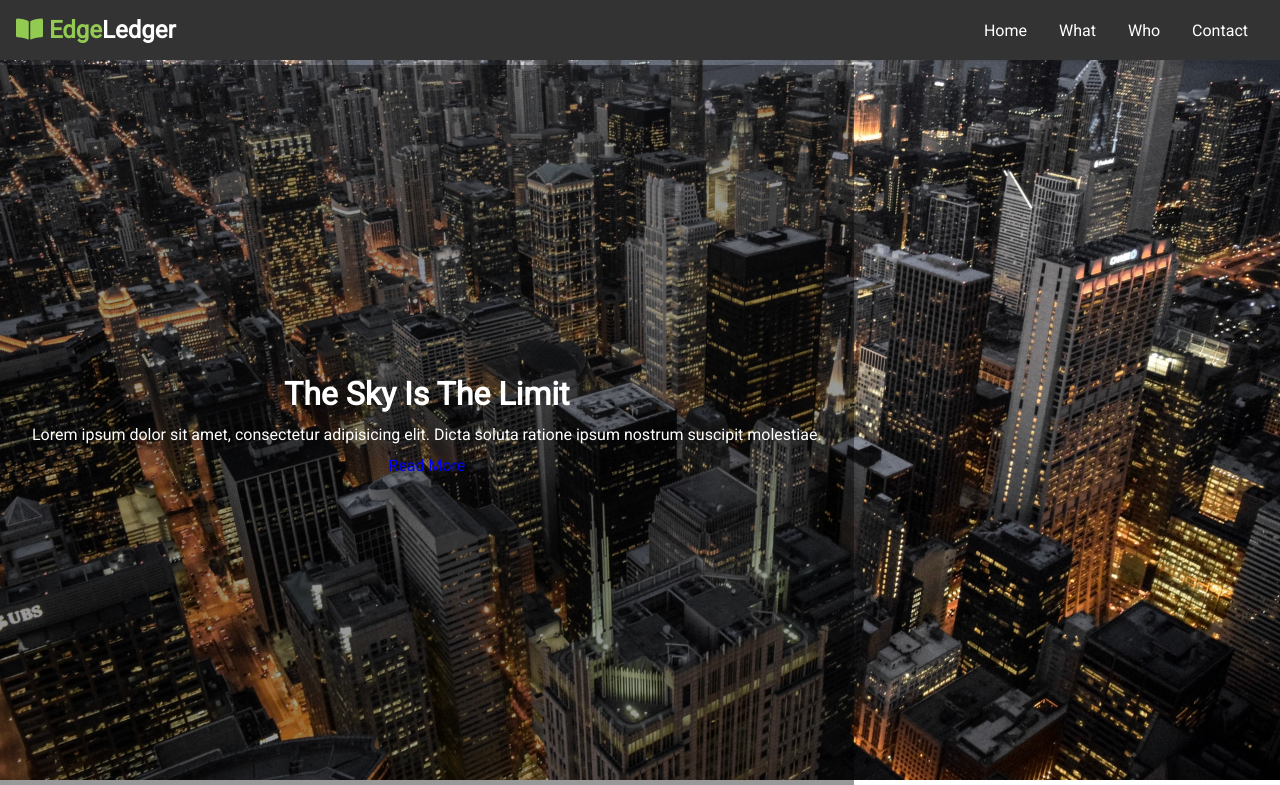
Repository: dimlutine/EdgeLedger
Page: index.html
An editor plug-in stored every save of this project. The page is shown before and after the next save, followed by the edit.
The browser window is 1280 px wide. The pictures show the whole page.
Some web libraries are served in a nearby version.

Above is the page before, as saved 2019-07-06 18:54:45.

### index.html
<!DOCTYPE html>
<html lang="en">

<head>
    <meta charset="UTF-8">
    <meta name="viewport" content="width=device-width, initial-scale=1.0">
    <meta http-equiv="X-UA-Compatible" content="ie=edge">
    <link rel="stylesheet" href="https://use.fontawesome.com/releases/v5.6.3/css/all.css" integrity="sha384-UHRtZLI+pbxtHCWp1t77Bi1L4ZtiqrqD80Kn4Z8NTSRyMA2Fd33n5dQ8lWUE00s/" crossorigin="anonymous">
    <link rel="stylesheet" media="screen and (max-width: 768px)" href="css/mobile.css">
    <link rel="stylesheet" media="screeb abd (min-width: 1100px)" href="css/widescreen.css">
    <link rel="stylesheet" href="css/style.css">
    <title>EdgeLedger Financial | Accounting & Investment</title>
</head>

<body id="home">
    <!-- Navbar -->
    <nav id="navbar">
        <h1 class="logo">
            <span class="text-primary"><i class="fas fa-book-open"></i> Edge</span>Ledger
        </h1>
        <ul>
            <li><a href="#home">Home</a></li>
            <li><a href="#what">What</a></li>
            <li><a href="#who">Who</a></li>
            <li><a href="#contacts">Contact</a></li>
        </ul>
    </nav>
    <!-- Header: Showcase -->
    <header id="showcase">
        <div class="showcase-content">
            <h1 class="l-heading">
                The Sky Is The Limit
            </h1>
            <p class="lead">Lorem ipsum dolor sit amet, consectetur adipisicing elit. Dicta soluta ratione ipsum nostrum suscipit molestiae.</p>
            <a href="#what" class="btn">Read More</a>
        </div>
    </header>
</body>

</html>

### css/style.css
@import url('https://fonts.googleapis.com/css?family=Roboto&display=swap');
* {
    margin: 0;
    padding: 0;
}

body {
    font-family: 'Roboto', sans-serif;
}

a {
    text-decoration: none;
}

p {
    margin: .75rem 0;
}


/* Utility Classes */

.text-primary {
    color: #93cb52;
}


/* Navbar */

#navbar {
    display: flex;
    position: sticky;
    top: 0;
    background: #333;
    color: #fff;
    justify-content: space-between;
    z-index: 1;
    padding: 1rem;
}

#navbar ul {
    display: flex;
    align-items: center;
    list-style: none;
}

#navbar ul li a {
    color: #fff;
    padding: 0.75rem;
    margin: 0 0.25rem;
}

#navbar ul li a:hover {
    background: #93cb52;
    border-radius: 5px;
}


/* Showcase */

#showcase {
    background: #333 url(../img/showcase.jpg) no-repeat center center/cover;
    height: 100vh;
    color: #fff;
}

#showcase .showcase-content {
    height: 100%;
    display: flex;
    flex-direction: column;
    justify-content: center;
    text-align: center;
    align-items: center;
    padding: 0 2rem;
    /* Overlay */
    position: absolute;
    top: 65px;
    left: 0;
    background-color: rgba(0, 0, 0, .4);
}

Loaded but not shown: css/mobile.css (no stored copy; drawn as an empty file); css/widescreen.css (no stored copy; drawn as an empty file)

After the next save:
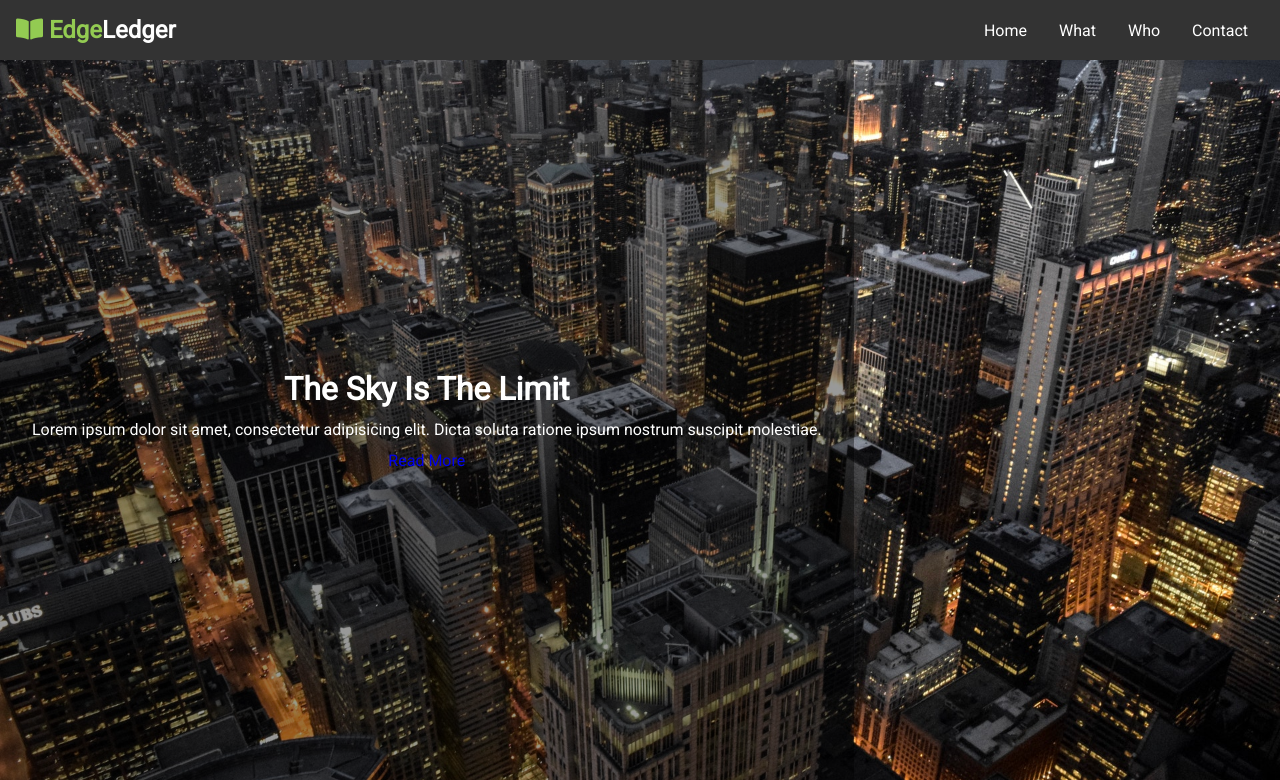
Saved 17 s later.
--- a/css/style.css
+++ b/css/style.css
@@ -73,7 +73,7 @@
     padding: 0 2rem;
     /* Overlay */
     position: absolute;
-    top: 65px;
+    top: 60px;
     left: 0;
     background-color: rgba(0, 0, 0, .4);
 }
